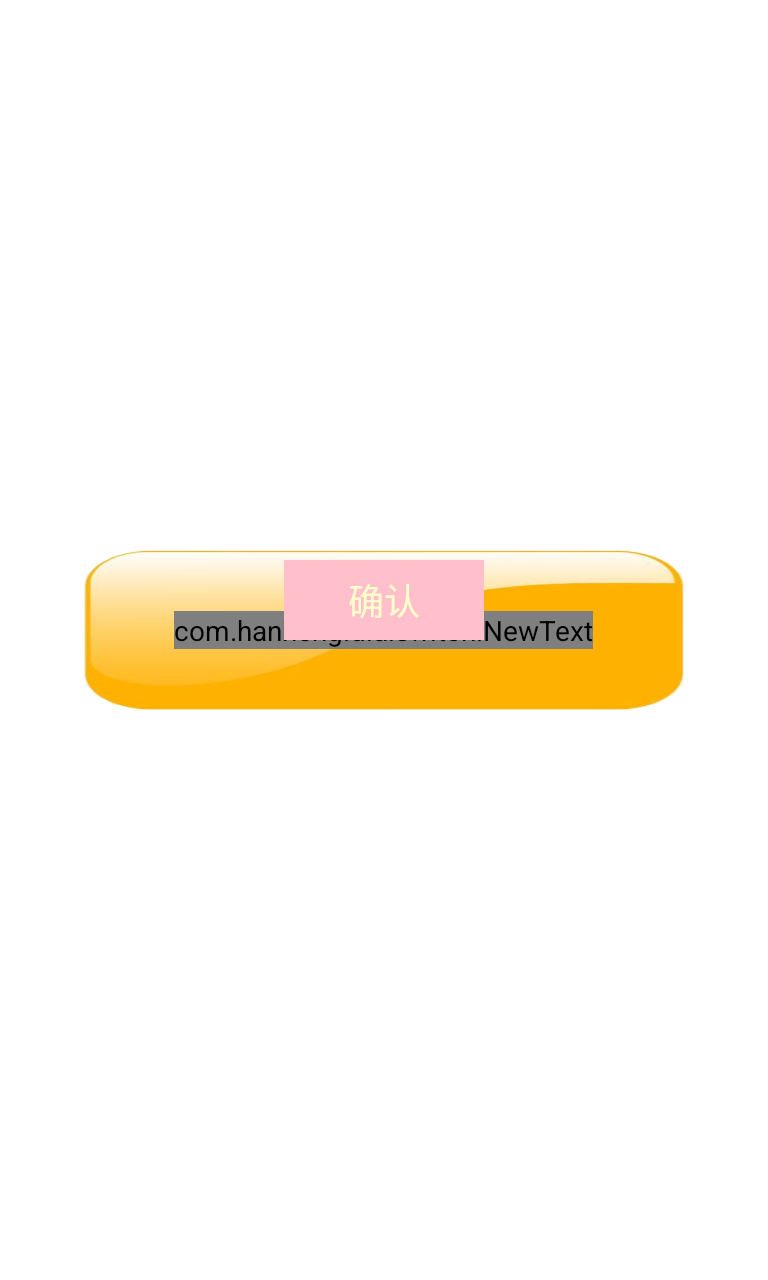
Repository: CovaWang/temporary_embedded
Layout: 7#车联·共享单车/代码/代码/res/layout/display.xml
An editor plug-in stored every save of this project. The layout is shown before and after a run of saves, followed by the edit.
Pictures or frames that could not be fetched are drawn as grey boxes. It is drawn on a 768 x 1280 px phone screen (xhdpi) without system bars, with theme AppTheme; the app's code is not run.

Above is the layout before, as saved 2024-05-15 11:51:39.

### 7#车联·共享单车/代码/代码/res/layout/display.xml
<?xml version="1.0" encoding="utf-8"?>
<LinearLayout xmlns:android="http://schemas.android.com/apk/res/android"
    android:layout_width="match_parent"
    android:layout_height="match_parent"
    android:gravity="center"
    android:orientation="vertical">

  <RelativeLayout
        android:layout_width="300dp"
        android:layout_height="80dp"
        android:layout_marginBottom="10dp"
        android:background="@drawable/btn">

        <com.hanheng.dialswitch.NewText
            android:layout_width="wrap_content"
            android:layout_height="wrap_content"
            android:layout_centerInParent="true"
            android:gravity="center"
            android:text="8888"
            android:textColor="#66C0C0C0"
            android:textSize="60dp"
            android:textStyle="bold" />

        <com.hanheng.dialswitch.NewText
            android:id="@+id/counterText"
            android:layout_width="wrap_content"
            android:layout_height="wrap_content"
            android:layout_centerInParent="true"
            android:layout_marginTop="5dp"
            android:gravity="center"
            android:text="0000"
            android:textSize="60dp"
            android:textStyle="bold" />

        <Button
        android:id="@+id/temp_btn_plus"
        android:layout_width="100dp"
        android:layout_height="40dp"
        android:layout_marginTop="5dp"
        android:layout_marginLeft="100dp"
        android:background="#FFC0CB"
        android:text="确认"
        android:textColor="#FFC" />

        <Button
        android:id="@+id/temp_btn_sub"
        android:layout_width="100dp"
        android:layout_height="40dp"
        android:layout_marginTop="5dp"
        android:layout_marginLeft="300dp"
        android:background="#FFC0CB"
        android:text="确认"
        android:textColor="#FFC" />
    </RelativeLayout>

</LinearLayout>

### 7#车联·共享单车/代码/代码/res/values/styles.xml
<resources>

    <!--
        Base application theme, dependent on API level. This theme is replaced
        by AppBaseTheme from res/values-vXX/styles.xml on newer devices.

    -->
    <style name="AppBaseTheme" parent="android:Theme.Light">
        <!--
            Theme customizations available in newer API levels can go in
            res/values-vXX/styles.xml, while customizations related to
            backward-compatibility can go here.

        -->
    </style>

    <!-- Application theme. -->
    <style name="AppTheme" parent="AppBaseTheme">
        <!-- All customizations that are NOT specific to a particular API-level can go here. -->
    </style>
    <!-- 高宽都包裹内容 -->
    <style name="wrapcontent">
        <item name="android:layout_width">wrap_content</item>
        <item name="android:layout_height">wrap_content</item>
    </style>

    <!-- 自定义对话框样式 -->
    <style name="dialog_custom" parent="android:style/Theme.Dialog">
        <item name="android:windowFrame">@null</item>
        <item name="android:windowNoTitle">true</item>
        <item name="android:background">#00000000</item>
        <item name="android:windowBackground">@android:color/transparent</item>
    </style>
    <!-- TextView 16sp样式 -->
    <style name="textview16sp" parent="wrapcontent">
        <item name="android:textSize">16sp</item>
        <item name="android:gravity">center_vertical</item>
    </style>

    <!-- TextView 14sp样式 -->
    <style name="textview12sp" parent="wrapcontent">
        <item name="android:textSize">12sp</item>
        <item name="android:gravity">center_vertical</item>
    </style>
    <!-- TextView 14sp样式 -->
    <style name="textview14sp" parent="wrapcontent">
        <item name="android:textSize">14sp</item>
        <item name="android:gravity">center_vertical</item>
    </style>

    <!-- 宽度为0dp,高度为包裹内容，权重为1 -->
    <style name="zero_widthwrapcontent">
        <item name="android:layout_width">0dp</item>
        <item name="android:layout_height">wrap_content</item>
        <item name="android:layout_weight">1</item>
    </style>

    <!-- 黄色14sp,图片间距为5dp的textview -->
    <style name="tvyellow14sp" parent="zero_widthwrapcontent">
        <item name="android:textSize">14sp</item>
        <item name="android:drawablePadding">3dp</item>
        <item name="android:gravity">center</item>
        <item name="android:textColor">@color/bright_yellow</item>
    </style>

</resources>

Loaded but not shown: 7#车联·共享单车/代码/代码/res/values-v11/styles.xml (common file); 7#车联·共享单车/代码/代码/res/values-v14/styles.xml (common file)

After the next 2 saves:
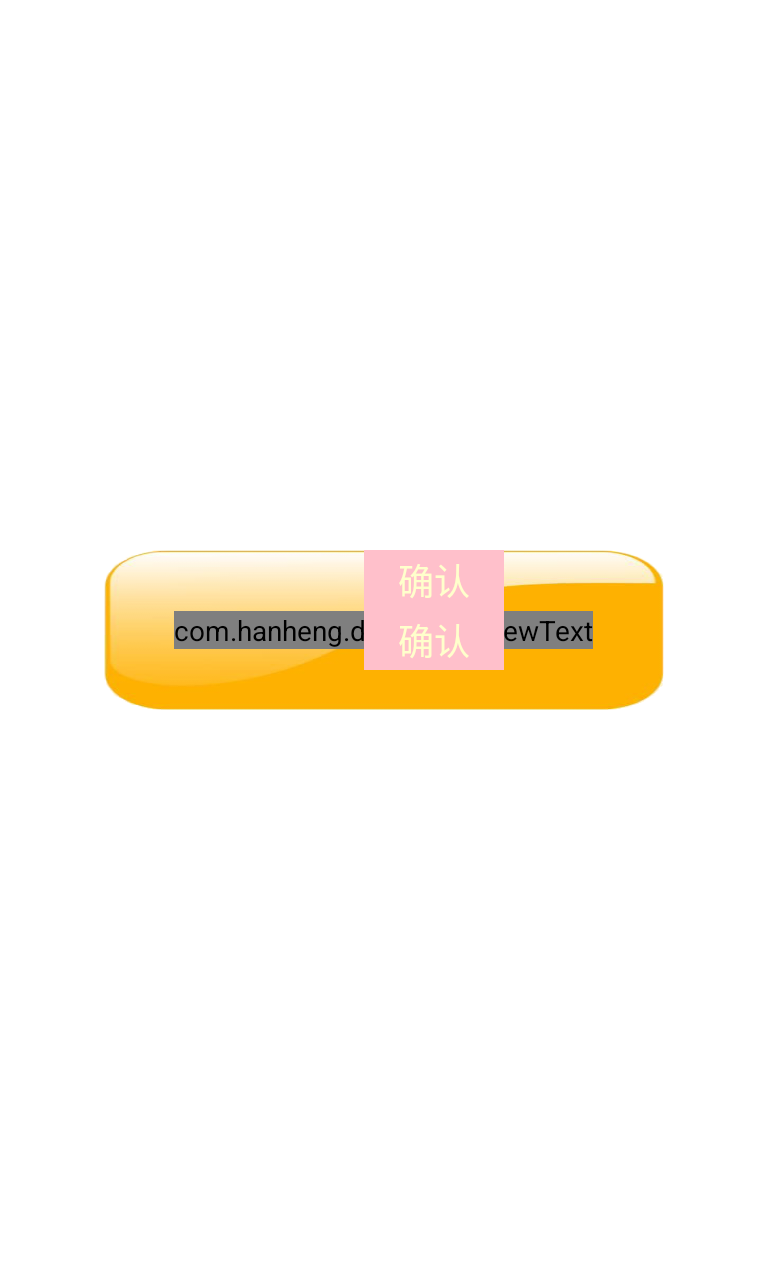
The 2 saves are shown as one change because 1 did not build or start.
The last was saved 102 s later.
--- a/7#车联·共享单车/代码/代码/res/layout/display.xml
+++ b/7#车联·共享单车/代码/代码/res/layout/display.xml
@@ -6,7 +6,7 @@
     android:orientation="vertical">
 
   <RelativeLayout
-        android:layout_width="300dp"
+        android:layout_width="280dp"
         android:layout_height="80dp"
         android:layout_marginBottom="10dp"
         android:background="@drawable/btn">
@@ -34,20 +34,20 @@
 
         <Button
         android:id="@+id/temp_btn_plus"
-        android:layout_width="100dp"
-        android:layout_height="40dp"
-        android:layout_marginTop="5dp"
-        android:layout_marginLeft="100dp"
+        android:layout_width="70dp"
+        android:layout_height="30dp"
+        android:layout_marginTop="0dp"
+        android:layout_marginLeft="130dp"
         android:background="#FFC0CB"
         android:text="确认"
         android:textColor="#FFC" />
 
         <Button
         android:id="@+id/temp_btn_sub"
-        android:layout_width="100dp"
-        android:layout_height="40dp"
-        android:layout_marginTop="5dp"
-        android:layout_marginLeft="300dp"
+        android:layout_width="70dp"
+        android:layout_height="30dp"
+        android:layout_marginTop="30dp"
+        android:layout_marginLeft="130dp"
         android:background="#FFC0CB"
         android:text="确认"
         android:textColor="#FFC" />
